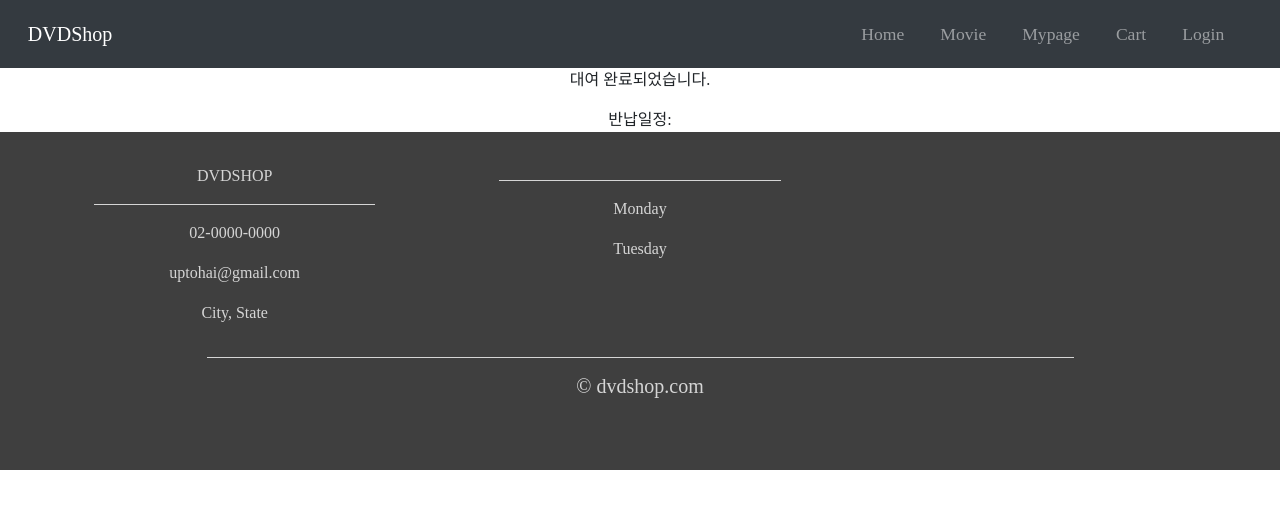
Repository: afterup/dvdshop
Page: http://localhost/shop_project/view/common/movie_rental.jsp
The author's editor kept a copy of each file at every save. The page is drawn from the files as they stood at one save, then again after the next save.
The browser window is 1280 px wide. The pictures show the whole page.
The page is served by Tomcat 9. Other server files are loaded and not shown.

Above is the page before, as saved 2019-08-14 04:17:47.
Console error: ReferenceError: currentTime is not defined

### shop_project/WebContent/view/common/movie_rental.jsp
<%@ page language="java" contentType="text/html; charset=UTF-8"
	pageEncoding="UTF-8"%>
<!DOCTYPE html>
<html lang="en">

<head>
<meta charset="UTF-8">
<meta name="viewport" content="width=device-width, initial-scale=1.0">
<meta http-equiv="X-UA-Compatible" content="ie=edge">
<title>Document</title>
<!-- 부트스트랩 css-->
<link rel="stylesheet"
	href="https://stackpath.bootstrapcdn.com/bootstrap/4.3.1/css/bootstrap.min.css"
	integrity="sha384-ggOyR0iXCbMQv3Xipma34MD+dH/1fQ784/j6cY/iJTQUOhcWr7x9JvoRxT2MZw1T"
	crossorigin="anonymous">
<!-- 사용자 css-->
<link rel="stylesheet" href="css/style.css">
</head>

<body>
	<!-- Navigation -->
	<nav class="navbar navbar-expand-md navbar-dark bg-dark sticky-top">
		<div class="container-fluid">
			<a href="#" class="navbar-brand">DVDShop</a>
			<button class="navbar-toggler" type="button" data-toggle="collapse"
				data-target="#navbarResponsive">
				<span class="navbar-toggler-icon"></span>
			</button>
			<div class="collapse navbar-collapse" id="navbarResponsive">
				<ul class="navbar-nav ml-auto">
					<li class="nav-item"><a class="nav-link" href="movie">Home</a></li>
					<li class="nav-item"><a class="nav-link"
						href="movie?action=moviePage">Movie</a></li>
					<li class="nav-item"><a class="nav-link"
						href="movie?action=mypage">Mypage</a></li>
					<li class="nav-item"><a class="nav-link"
						href="movie?action=cart">Cart</a></li>
					<li class="nav-item"><a href="movie?action=login"
						class="nav-link">Login</a></li>
				</ul>
			</div>
		</div>
	</nav>

	<!-- main-->

	<div class="container text-center">

		<p>대여 완료되었습니다.</p>

		반납일정:<span id="time-result"></span>
	</div>

	<!-- Footer -->
	<footer>
		<div class="container-fluid padding">
			<div class="row text-center">
				<div class="col-md-4">
					DVDSHOP
					<hr class="light">
					<p>02-0000-0000</p>
					<p>uptohai@gmail.com</p>
					<p>City, State</p>
				</div>
				<div class="col-md-4">
					<hr class="light">
					<p>Monday</p>
					<p>Tuesday</p>
				</div>
			</div>
			<div class="col-12">
				<hr class="light">
				<h5 class="text-center">&copy; dvdshop.com</h5>
			</div>
		</div>
	</footer>

	<script type="text/javascript">
		var d = new Date();
		var currentDate = d.getFullYear() + "년 " + (d.getMonth() + 1) + "월 "
				+ d.getDate() + "일";
		var result = document.getElementById("time-result");
		result.innerHTML = "오늘 날짜는 " + currentDate + ", 시간은 " + currentTime
				+ " 입니다.";
	</script>

	<!-- 부트스트랩 -->
	<script src="https://code.jquery.com/jquery-3.3.1.slim.min.js"
		integrity="sha384-q8i/X+965DzO0rT7abK41JStQIAqVgRVzpbzo5smXKp4YfRvH+8abtTE1Pi6jizo"
		crossorigin="anonymous">

	</script>
	<script
		src="https://cdnjs.cloudflare.com/ajax/libs/popper.js/1.14.7/umd/popper.min.js"
		integrity="sha384-UO2eT0CpHqdSJQ6hJty5KVphtPhzWj9WO1clHTMGa3JDZwrnQq4sF86dIHNDz0W1"
		crossorigin="anonymous">

	</script>
	<script
		src="https://stackpath.bootstrapcdn.com/bootstrap/4.3.1/js/bootstrap.min.js"
		integrity="sha384-JjSmVgyd0p3pXB1rRibZUAYoIIy6OrQ6VrjIEaFf/nJGzIxFDsf4x0xIM+B07jRM"
		crossorigin="anonymous">

	</script>
</body>


</html>

### shop_project/WebContent/css/style.css
html,
body {
    height: 100%;
    width: 100%;
    font-family: "sans-serif";
}

img {
    width: 100%;
}

#adminPage {
    background-color: rgb(250, 249, 242);
}

.navbar {
    padding: .8rem;
}

.navbar-nav li {
    padding-right: 20px;
}

.nav-link {
    font-size: 1.1em !important;
}

.carousel-inner img {
    width: 100%;
    height: 100%;
}

.btn-info {
    background-color: rgb(57, 55, 66);
    color: rgb(240, 240, 240);
    border-color: rgb(57, 55, 66);
}

.jumbotron {
    padding: 1rem;
}

.padding {
    padding-bottom: 2rem;
}

footer {
    background-color: #3f3f3f;
    color: #d5d5d5;
    padding: 2rem;
}

hr.light {
    border-top: 1px solid #d5d5d5;
    width: 75%;
}

After the next save:
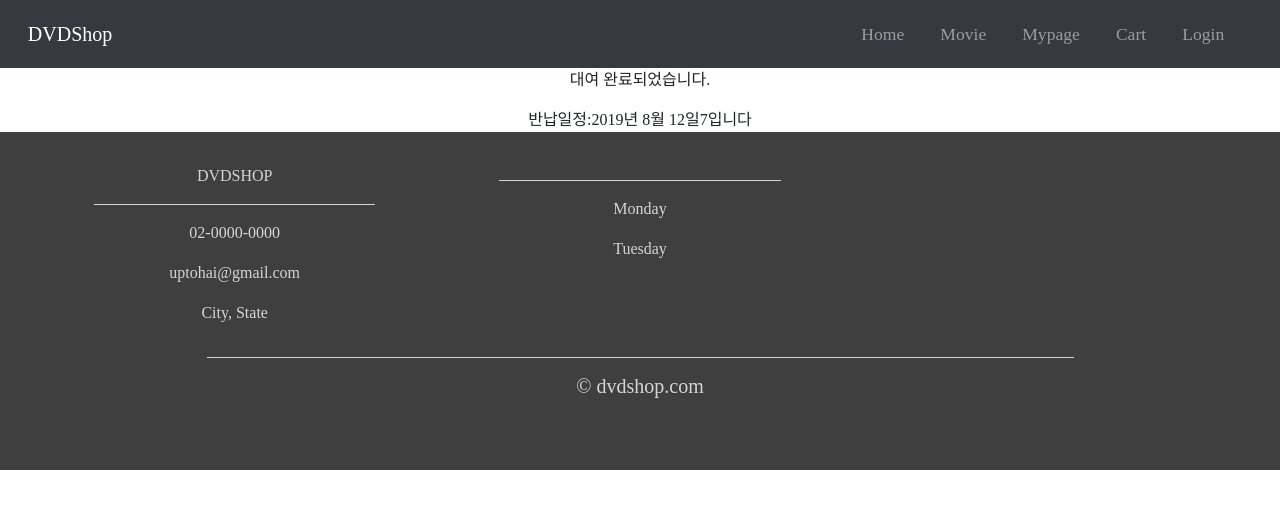
The error is gone.
Saved 20 s later.
--- a/shop_project/WebContent/view/common/movie_rental.jsp
+++ b/shop_project/WebContent/view/common/movie_rental.jsp
@@ -80,8 +80,7 @@
 		var currentDate = d.getFullYear() + "년 " + (d.getMonth() + 1) + "월 "
 				+ d.getDate() + "일";
 		var result = document.getElementById("time-result");
-		result.innerHTML = "오늘 날짜는 " + currentDate + ", 시간은 " + currentTime
-				+ " 입니다.";
+		result.innerHTML = currentDate +7 +"입니다";
 	</script>
 
 	<!-- 부트스트랩 -->
